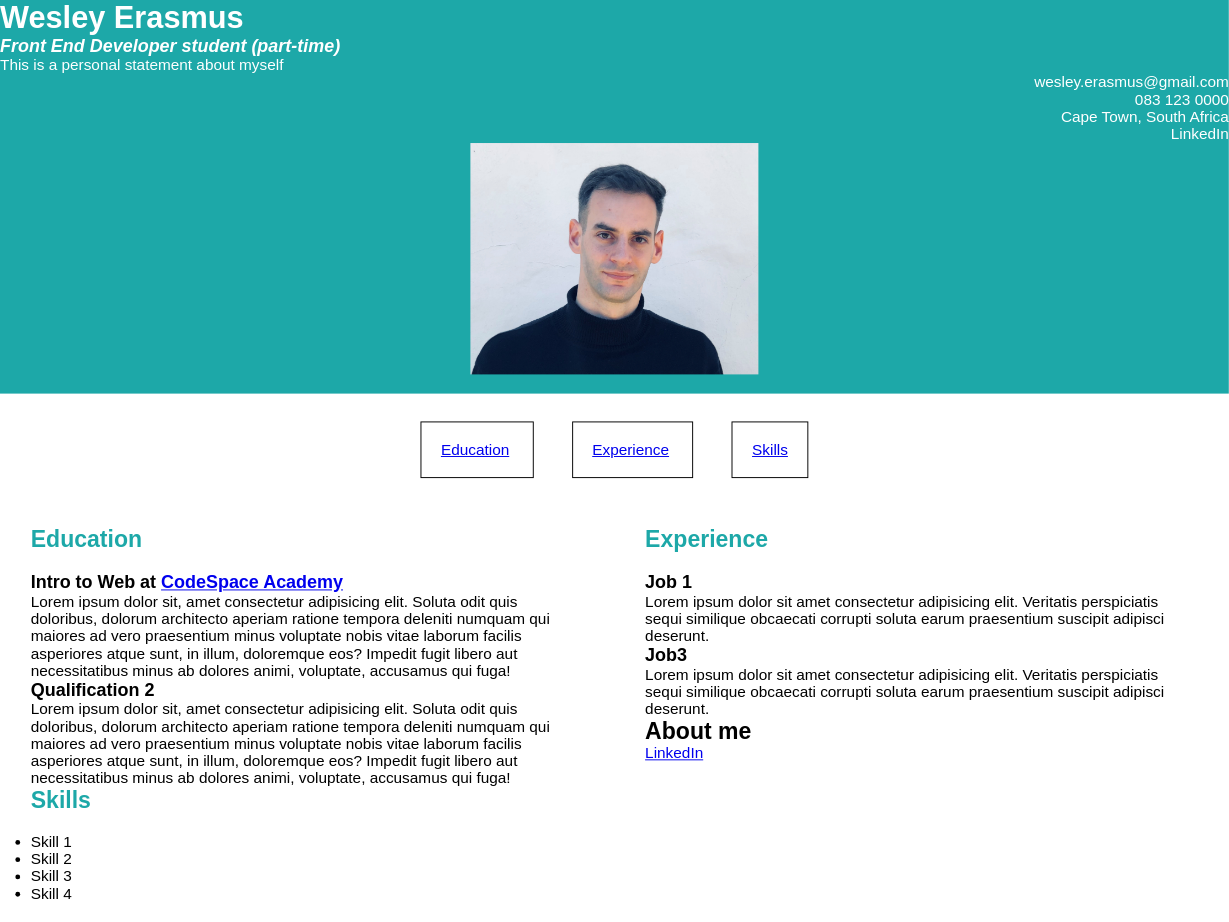
Repository: WesleyErasmus/myDigitalResume
Page: Resume-Projec-3/index.html
An editor plug-in stored every save of this project. The page is shown before and after the next save, followed by the edit.
The browser window is 1280 px wide. The pictures show the whole page, at 96% of full size.

Above is the page before, as saved 2022-02-12 11:44:20.

### Resume-Projec-3/index.html
<!DOCTYPE html>
<html lang="en">

<head>
  <meta charset="UTF-8">
  <meta http-equiv="X-UA-Compatible" content="IE=edge">
  <meta name="viewport" content="width=device-width, initial-scale=1.0">
  <title>Hello World</title>
  <link rel="stylesheet" href="styles.css">
</head>

<body>
  <header>
    <h1>Wesley Erasmus</h1>
    <h3> <em>Front End Developer student (part-time)</em></h3>
    <p>This is a personal statement about myself</p>

    <ul class="contact-details">
      <li>wesley.erasmus@gmail.com</li>
      <li>083 123 0000</li>
      <li>Cape Town, South Africa</li>
      <li>LinkedIn</li>
    </ul>

    <img id="headshot" src="images/IMG_01081.jpg" alt="Portrait image of Wesley Erasmus" width="300px" height="auto">

  </header>
  <nav>

    <ul class="page-links">
      <li> <a href="#Education">Education</a> </li>
      <li> <a href="#Experience">Experience</a> </li>
      <li> <a href="#Skills">Skills</a> </li>
    </ul>

  </nav>

  <main>

    <div class="flex-col-1">

      <h2 class="color-headings" id="Education">Education</h2>

      <h3>Intro to Web at <a href="https://www.codespace.co.za/" target="_blank">CodeSpace Academy</a> </h3>

      <p>Lorem ipsum dolor sit, amet consectetur adipisicing elit. Soluta odit quis doloribus, dolorum architecto
        aperiam ratione tempora deleniti numquam qui maiores ad vero praesentium minus voluptate nobis vitae laborum
        facilis asperiores atque sunt, in illum, doloremque eos? Impedit fugit libero aut necessitatibus minus ab
        dolores animi, voluptate, accusamus qui fuga!</p>

        <h3>Qualification 2</h3>

      <p>Lorem ipsum dolor sit, amet consectetur adipisicing elit. Soluta odit quis doloribus, dolorum architecto
        aperiam ratione tempora deleniti numquam qui maiores ad vero praesentium minus voluptate nobis vitae laborum
        facilis asperiores atque sunt, in illum, doloremque eos? Impedit fugit libero aut necessitatibus minus ab
        dolores animi, voluptate, accusamus qui fuga!</p>




      <h2 class="color-headings" id="Skills">Skills</h2>

      <ul>
      <li>Skill 1</li>
      <li>Skill 2</li>
      <li>Skill 3</li>
      <li>Skill 4</li>
    </ul>

  </div>


    <div class="flex-col-1">
    <h2 class="color-headings" id="Experience">Experience</h2>
    <h3>Job 1</h3>
    <p>Lorem ipsum dolor sit amet consectetur adipisicing elit. Veritatis perspiciatis sequi similique obcaecati
      corrupti soluta earum praesentium suscipit adipisci deserunt.</p>
    <h3>Job3</h3>
    <p>Lorem ipsum dolor sit amet consectetur adipisicing elit. Veritatis perspiciatis sequi similique obcaecati
      corrupti soluta earum praesentium suscipit adipisci deserunt.</p>


    <h2 class="about-me" >About me</h2>
    <p>
      <a href="https://www.linkedin.com/feed/" target="_blank">LinkedIn</a>
    </p>
  </div>

  </main>

</body>

</html>

### Resume-Projec-3/styles.css
* {
    margin: 0;
    padding: 0;
    font-family: sans-serif;
}
header {
    background-color: rgb(29, 168, 168);
    color: #fff;
    margin-bottom: 50px;
}
.contact-details {
    text-align: right;
}
img {
    display: block;
    margin: 0 auto;
    padding-bottom: 20px;
}
.page-links li{
    display: inline;
    background-color: #fff;
    margin: 20px;
    padding: 20px;
    border: 1px solid black;
}
.color-headings {
    color: rgb(29, 168, 168);
    margin: 0 0 20px 0;
}
.page-links{
    text-align: center;
}

main {
    margin-top: 50px;
    display: flex;
    flex-direction: row;
}
.flex-col-1, .flex-col-2 {
    margin: 0 auto;
    text-align: left;
    width: 45%;
    padding: 20px;

}

After the next save:
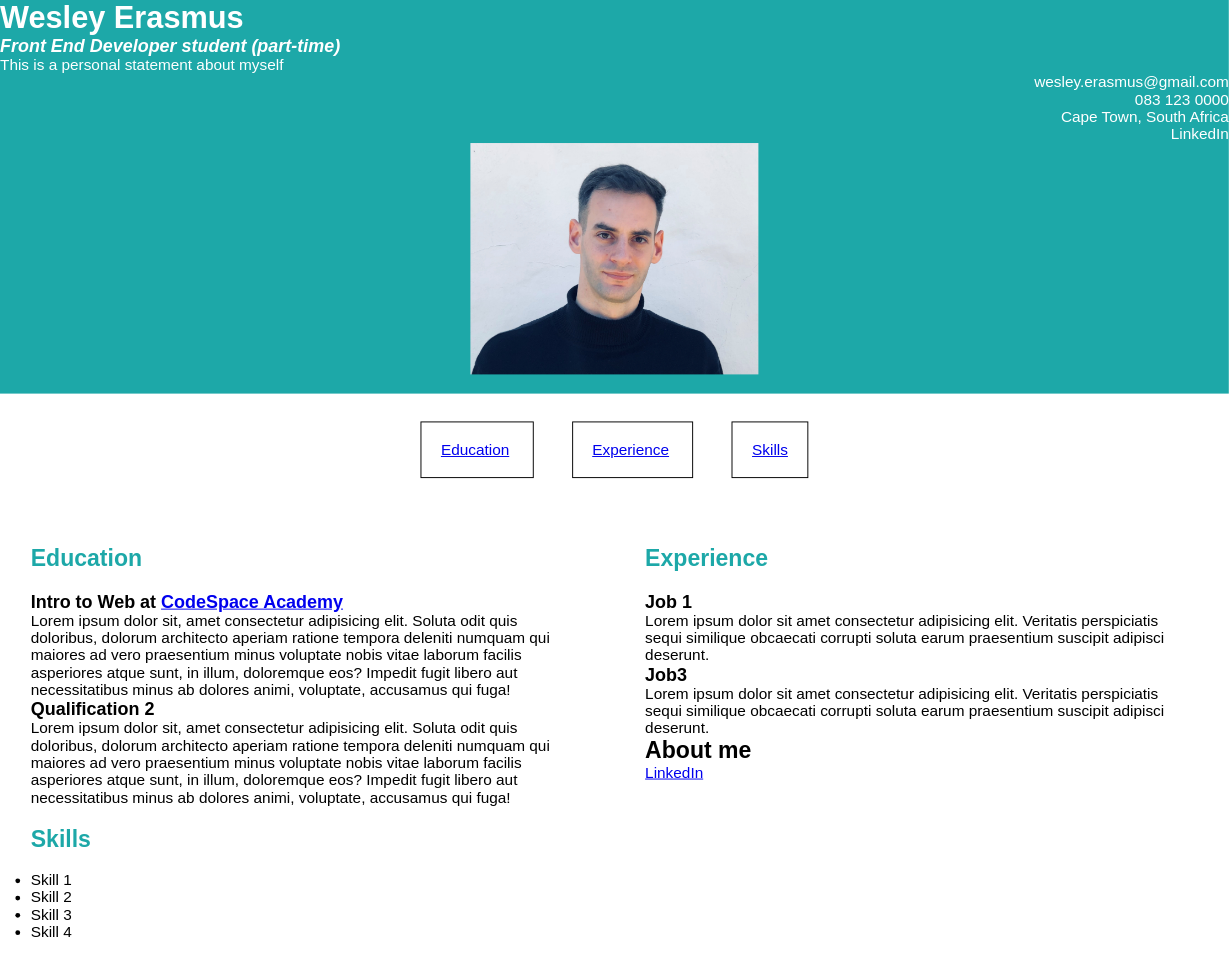
Saved 8 s later.
--- a/Resume-Projec-3/styles.css
+++ b/Resume-Projec-3/styles.css
@@ -25,7 +25,7 @@ img {
 }
 .color-headings {
     color: rgb(29, 168, 168);
-    margin: 0 0 20px 0;
+    margin: 20px 0 20px 0;
 }
 .page-links{
     text-align: center;
